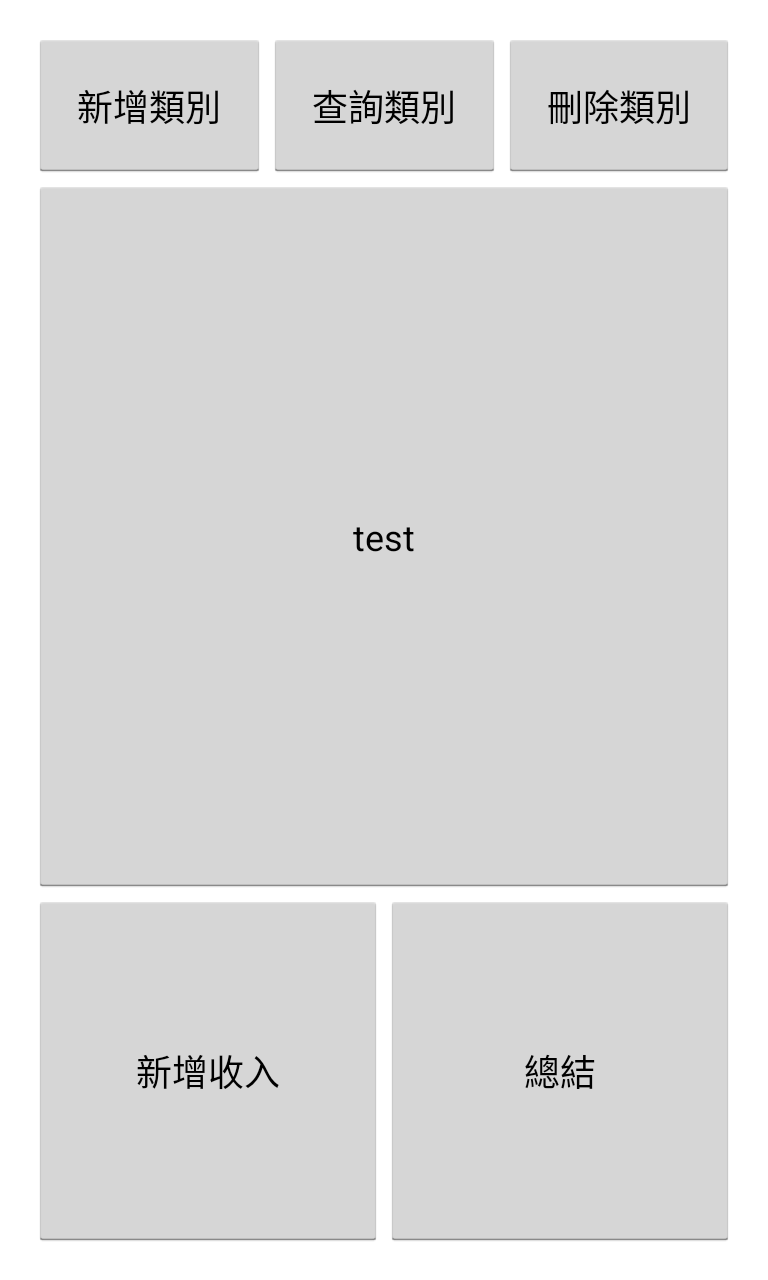
Repository: rayyrayy/Android-app-project
Layout: flashaccounting/easy money manager/res/layout/activity_main.xml
These files come from the project's save history. The layout is drawn as it stood at one moment and after the next save; the edit follows.
It is drawn on a 768 x 1280 px phone screen (xhdpi) without system bars, with theme AppTheme; the app's code is not run.

Above is the layout before, as saved 2014-11-03 03:32:26.

After the next save:
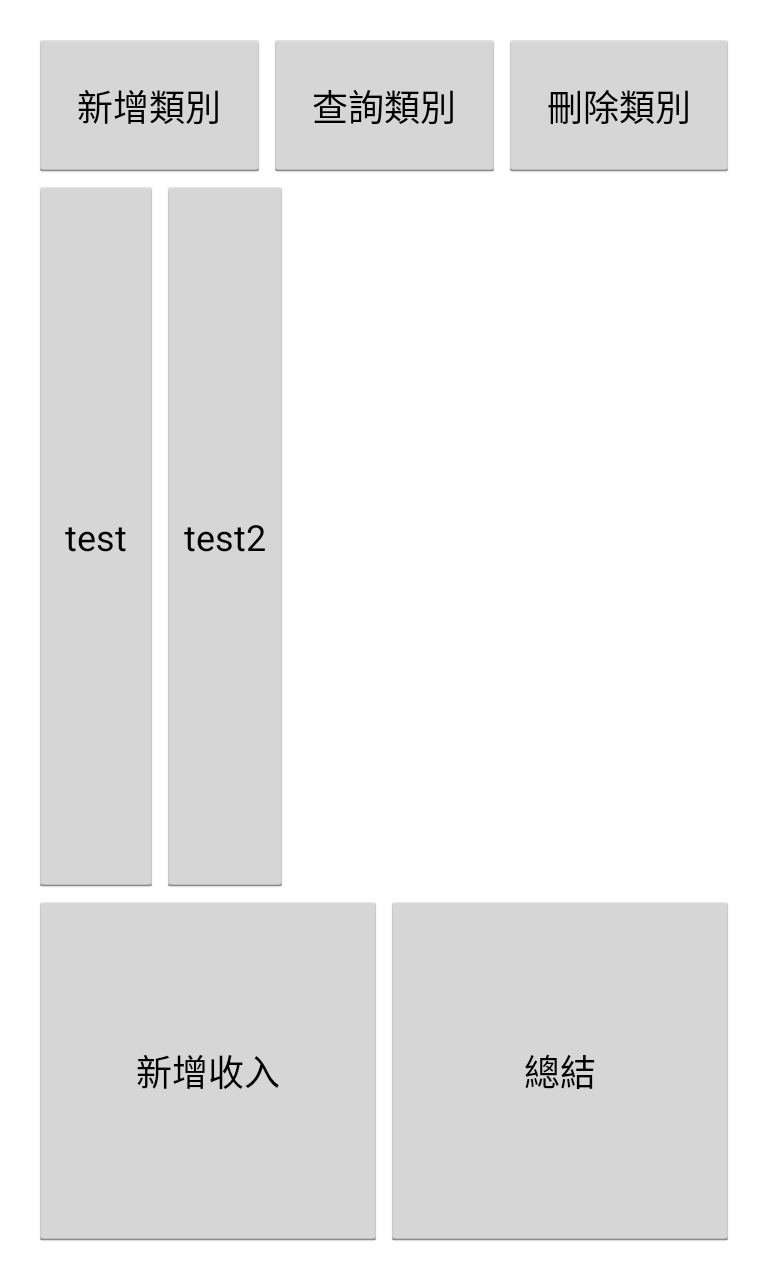
Saved 2 min 13 s later.
--- a/flashaccounting/easy money manager/res/layout/activity_main.xml
+++ b/flashaccounting/easy money manager/res/layout/activity_main.xml
@@ -83,11 +83,17 @@
 
 	        <Button
         	android:id="@+id/test"
-        	android:layout_width="match_parent"
+        	android:layout_width="wrap_content"
         	android:layout_height="match_parent"
         	android:layout_gravity="fill_vertical"
         	android:text="test" />
 
+	        <Button
+        	android:id="@+id/test2"
+        	android:layout_width="wrap_content"
+        	android:layout_height="match_parent"
+        	android:layout_gravity="fill_vertical"
+        	android:text="test2" />
  	   </GridLayout>
 
     </LinearLayout>
